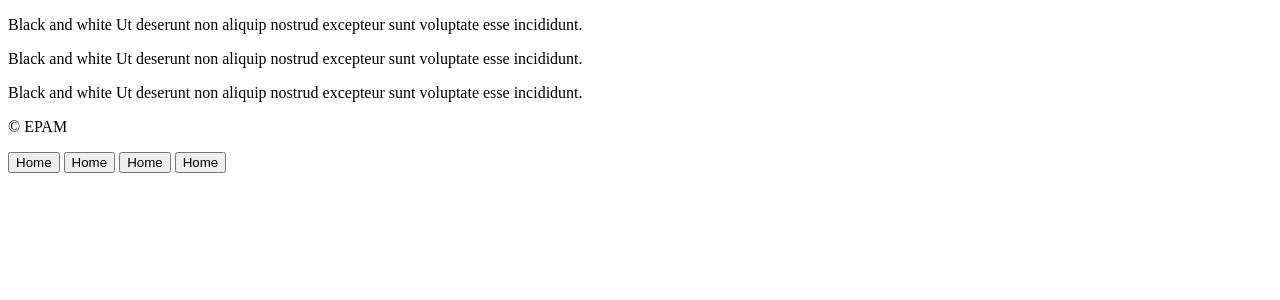
Repository: M1shkaBear/FLX
Page: FLX_homework_4/homework/index.html
The author's editor kept a copy of each file at every save. The page is drawn from the files as they stood at one save, then again after the next save.
The browser window is 1280 px wide. The pictures show the whole page.

Above is the page before, as saved 2019-01-29 03:18:05.

### FLX_homework_4/homework/index.html
<!DOCTYPE html>
<html lang="en">
  <head>
    <meta charset="UTF-8" />
    <meta name="viewport" content="width=device-width, initial-scale=1.0" />
    <meta http-equiv="X-UA-Compatible" content="ie=edge" />
    <title>Document</title>
  </head>
  <body>
    <header class="header"></header>

    <main class="main"></main>

    <footer class="footer">
      <section class="about">
        <section class="paragraphs">
          <p>
            Black and white Ut deserunt non aliquip nostrud excepteur sunt
            voluptate esse incididunt.
          </p>
          <p>
            Black and white Ut deserunt non aliquip nostrud excepteur sunt
            voluptate esse incididunt.
          </p>
          <p>
            Black and white Ut deserunt non aliquip nostrud excepteur sunt
            voluptate esse incididunt.
          </p>
        </section>
        <section class="news"></section>
      </section>

      <section class="footer-menu">
        <p>&copy; EPAM</p>

        <section class="footer-navigation">
          <button class="btn">Home</button> <button class="btn">Home</button>
          <button class="btn">Home</button> <button class="btn">Home</button>
        </section>
      </section>
    </footer>
  </body>
</html>

After the next save:
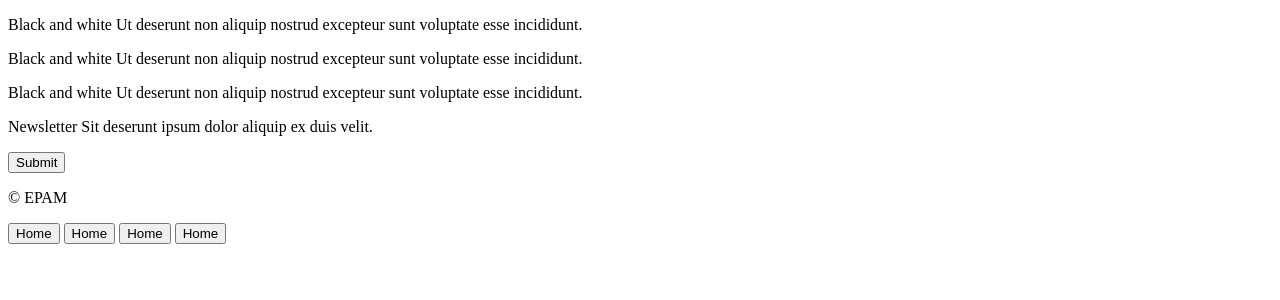
Saved 4 min 7 s later.
--- a/FLX_homework_4/homework/index.html
+++ b/FLX_homework_4/homework/index.html
@@ -27,7 +27,10 @@
             voluptate esse incididunt.
           </p>
         </section>
-        <section class="news"></section>
+        <section class="news">
+          <p>Newsletter Sit deserunt ipsum dolor aliquip ex duis velit.</p>
+          <form class="subscribe"><input type="submit" /></form>
+        </section>
       </section>
 
       <section class="footer-menu">
